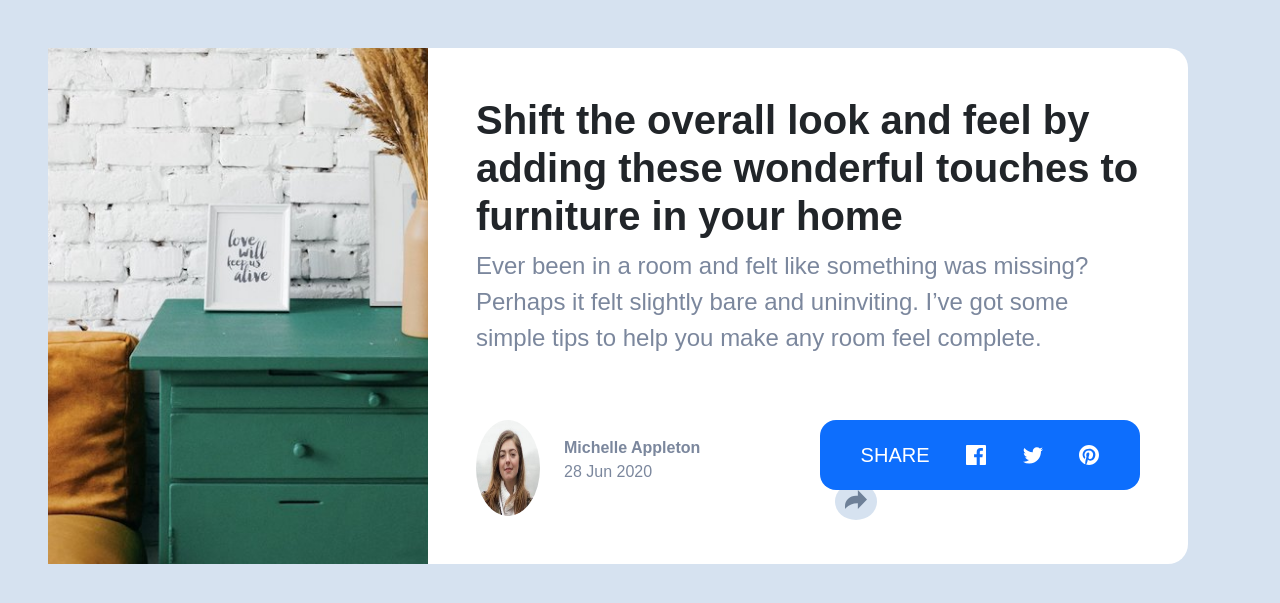
Repository: blordeus/article-preview-component
Page: index.html
An editor plug-in stored every save of this project. The page is shown before and after the next save, followed by the edit.
The browser window is 1280 px wide. The pictures show the whole page.

Above is the page before, as saved 2024-05-17 17:18:18.

### index.html
<!DOCTYPE html>
<html lang="en">
<head>
  <meta charset="UTF-8">
  <meta name="viewport" content="width=device-width, initial-scale=1.0"> <!-- displays site properly based on user's device -->

  <link rel="icon" type="image/png" sizes="32x32" href="./images/favicon-32x32.png">
  <link href="https://cdn.jsdelivr.net/npm/bootstrap@5.3.3/dist/css/bootstrap.min.css" rel="stylesheet" integrity="sha384-QWTKZyjpPEjISv5WaRU9OFeRpok6YctnYmDr5pNlyT2bRjXh0JMhjY6hW+ALEwIH" crossorigin="anonymous">
  <script src defer="https://cdn.jsdelivr.net/npm/bootstrap@5.3.3/dist/js/bootstrap.bundle.min.js" integrity="sha384-YvpcrYf0tY3lHB60NNkmXc5s9fDVZLESaAA55NDzOxhy9GkcIdslK1eN7N6jIeHz" crossorigin="anonymous"></script>
  <script src defer="./socials.js"></script>
  <link rel="stylesheet" href="style.css">
  <title>Frontend Mentor | Article preview component</title>

</head>
<body class="container m-5">

  <main class="bg-color row">

    <section id="section-1" class="col-4">
    </section>

    <section class="col my-auto p-5">
      <h1 class="text-color fw-bold fs-1">Shift the overall look and feel by adding these wonderful touches to furniture in your home</h1>

      <p class="fs-4">
        Ever been in a room and felt like something was missing? Perhaps
        it felt slightly bare and uninviting. I’ve got some simple tips
        to help you make any room feel complete.
      </p>
      <div class="row pt-5">
        <div class="col d-flex">
          <img id="avatar" src="./images/avatar-michelle.jpg" alt="michelle">
            <div class="ms-4 vstack my-auto mt-3">
              <p class="fw-bold font-black fs-6">Michelle Appleton <br> <span class="fw-normal">28 Jun 2020</span></p>
            </div>
          </div>
          <div class="col my-auto">
            <div class=" d-flex justify-content-evenly align-items-center py-1 px-1 bg-primary position-relative rounded-4">
              <p class="popup-text mt-3">SHARE</p>
                <img id="facebook" src="./images/icon-facebook.svg" alt="facebook">
                <img id="twitter" src="./images/icon-twitter.svg" alt="twitter">
                <img id="pinterest" src="./images/icon-pinterest.svg" alt="pinterest">
            </div>
            <a href="#"><span class="share-background"><img id="share" src="./images/icon-share.svg" alt="share"></span></a>
          </div>
        </div>
      </div>
    </section>

  </main>
  <div class="attribution d-none">
    Challenge by <a href="https://www.frontendmentor.io?ref=challenge" target="_blank">Frontend Mentor</a>.
    Coded by <a href="#">Bryan Lordeus</a>.
  </div>
</body>
</html>

### style.css
/* root */
:root {
    --white: hsl(0, 0%, 100%);
    --light-gray: hsl(212, 45%, 89%);
    --grayish-blue: hsl(220, 15%, 55%);
    --dark-blue: hsl(218, 44%, 22%);
}

/* import Manrope font */
@import url('https://fonts.googleapis.com/css2?family=Manrope:wght@500;700&display=swap');

* {
    font-family: 'Manrope', sans-serif;
}


body {
    background-color: var(--light-gray);
}

main {
    background-color: var(--white);
    border-radius: 20px;

}

p {
    font-size: 13px;
    color: var(--grayish-blue);
}

#section-1 {
    background-image: url(./images/drawers.jpg);
    background-repeat: no-repeat;
    background-size: cover;
}

#avatar {
    /* make round */
    border-radius: 50%;
    /* make image smaller */
    width: 20%;
}

#share {
    width: 7%;
    position: static;
    margin-bottom: 2%;
}

.share-background {
    /* add light gray circle as background to icon */
    background-color: var(--light-gray);
    border-radius: 50%;
    padding: 10px;
    /* center icon */
    margin-left: 15px;
    margin-right: 15px;
    z-index: -2;
}

.popup-text {
    color: var(--white);
    font-size: 20px;
}

After the next save:
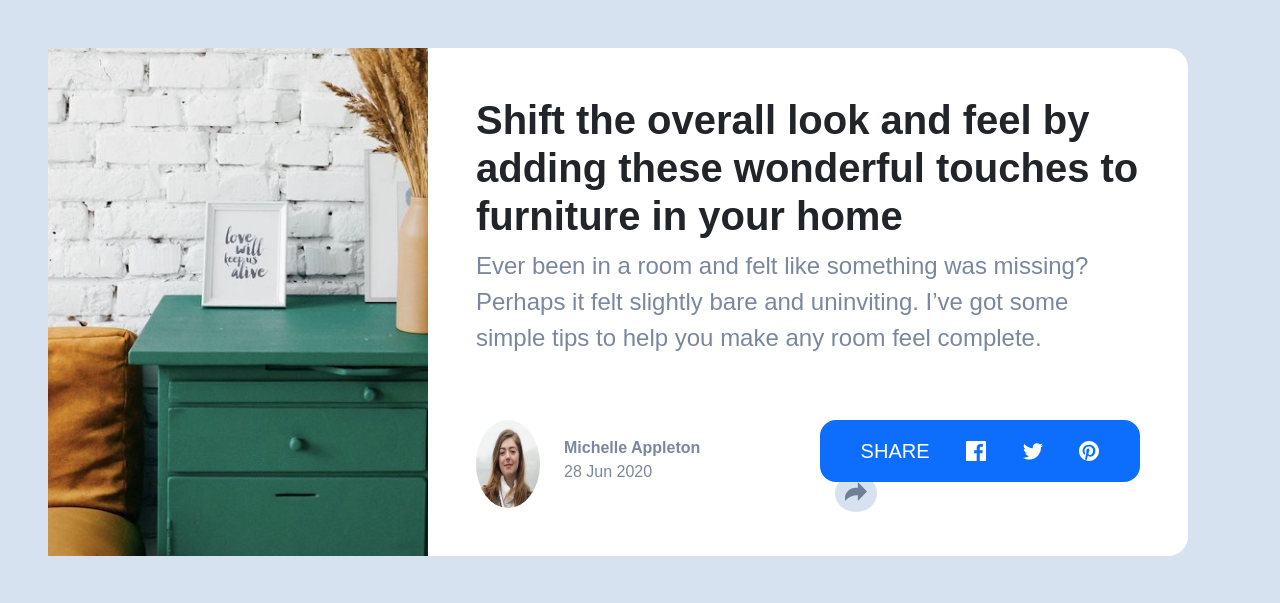
Saved 5 s later.
--- a/index.html
+++ b/index.html
@@ -35,7 +35,7 @@
             </div>
           </div>
           <div class="col my-auto">
-            <div class=" d-flex justify-content-evenly align-items-center py-1 px-1 bg-primary position-relative rounded-4">
+            <div class=" d-flex justify-content-evenly align-items-center px-1 bg-primary position-relative rounded-4">
               <p class="popup-text mt-3">SHARE</p>
                 <img id="facebook" src="./images/icon-facebook.svg" alt="facebook">
                 <img id="twitter" src="./images/icon-twitter.svg" alt="twitter">
